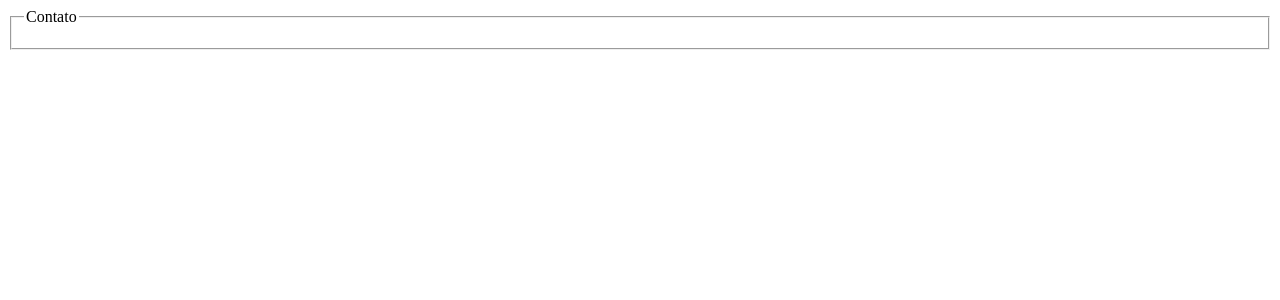
Repository: PedroViniciusVeiga/ProjetoColdigo
Page: exemploServlet/WebContent/contato.html
These files come from the project's save history. The page is drawn as it stood at one moment and after the next save; the edit follows.
The browser window is 1280 px wide. The pictures show the whole page.

Above is the page before, as saved 2021-04-06 22:54:43.

### exemploServlet/WebContent/contato.html
<!DOCTYPE html>
<html>
<head>
<meta charset="UTF-8">
<title>Insert title here</title>
</head>
<body>
	<form>
		<fieldset>
			<legend>Contato</legend>
			<table>
				<tr>

					<td></td>
				</tr>
			</table>
		</fieldset>
	</form>
</body>
</html>

After the next save:
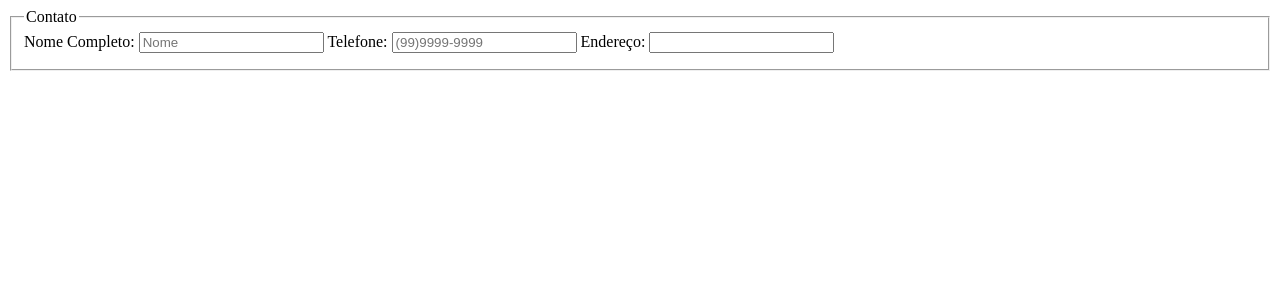
Saved 39 min 58 s later.
--- a/exemploServlet/WebContent/contato.html
+++ b/exemploServlet/WebContent/contato.html
@@ -8,6 +8,10 @@
 	<form>
 		<fieldset>
 			<legend>Contato</legend>
+			<label for="nome">Nome Completo:</label> <input type="text" name="txtnome"  id="nome" placeholder="Nome">
+			<label for="fone">Telefone:</label> <input type="text" name="txtfone" placeholder=(99)9999-9999 id="fone">
+			<label for="end">Endereço:</label> <input type="text" name="txtend"  id="end">
+
 			<table>
 				<tr>
 
